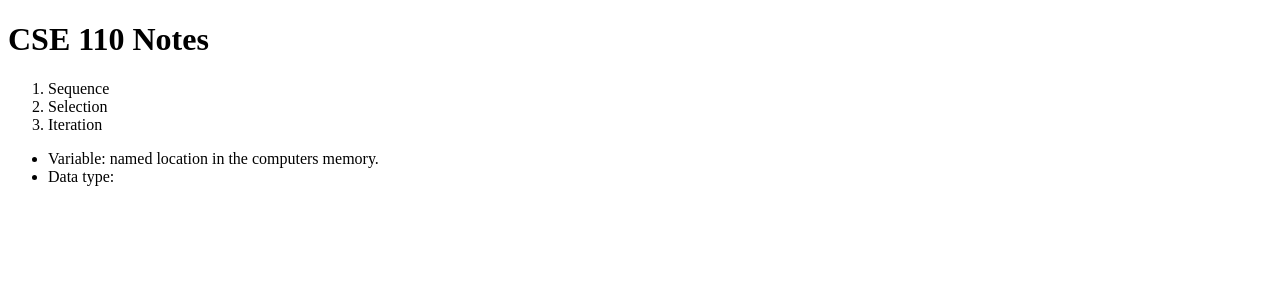
Repository: harleywolfley/wdd130
Page: spring25/cse110/cseindex.html
The author's editor kept a copy of each file at every save. The page is drawn from the files as they stood at one save, then again after the next save.
The browser window is 1280 px wide. The pictures show the whole page.

Above is the page before, as saved 2025-04-29 16:30:07.

After the next save:
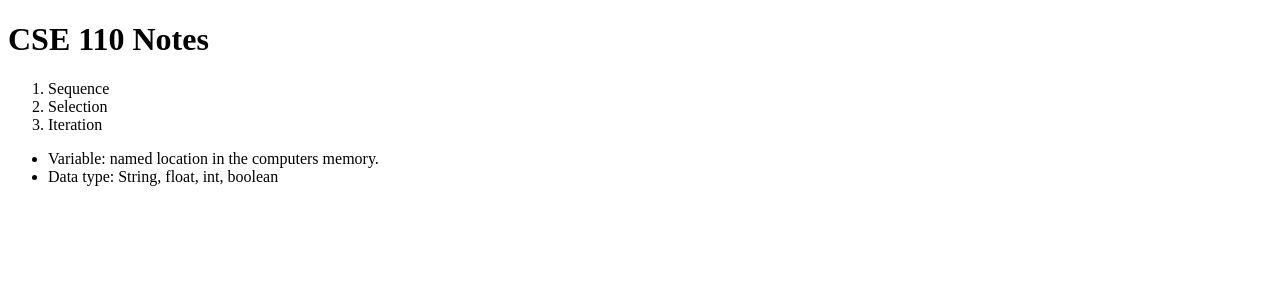
Saved 30 s later.
--- a/spring25/cse110/cseindex.html
+++ b/spring25/cse110/cseindex.html
@@ -14,7 +14,7 @@
         </ol>
         <ul>
         <li>Variable: named location in the computers memory.</li>
-        <li>Data type: </li>
+        <li>Data type: String, float, int, boolean</li>
         </ul>
     </body>
 </html>
